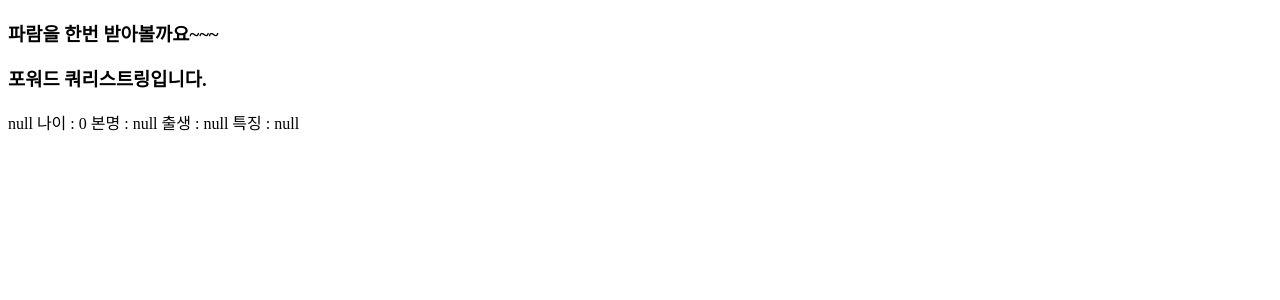
Repository: kimeuiyeob/KOPO_JSP_Study_2
Page: http://localhost/JspStudy/08Action/ParamForward.jsp
These files come from the project's save history. The page is drawn as it stood at one moment and after the next save; the edit follows.
The browser window is 1280 px wide. The pictures show the whole page.
The page is served by Tomcat 9. Other server files are loaded and not shown.

Above is the page before, as saved 2023-06-21 06:26:50.

### JspStudy/src/main/webapp/08Action/ParamForward.jsp
<%@ page language="java" contentType="text/html; charset=UTF-8"
    pageEncoding="UTF-8"%>
<!DOCTYPE html>
<html>
<head>
<meta charset="UTF-8">
<title>Insert title here</title>
</head>
<body>

<h3>파람을 한번 받아볼까요~~~</h3>
<h3>포워드 쿼리스트링입니다.</h3>
<jsp:useBean id="person" class="common.PersonDTO" scope="request"></jsp:useBean>

<jsp:getProperty property="name" name="person"/>
나이 : <jsp:getProperty property="age" name="person"/>

본명 : <%=request.getParameter("param1") %>
출생 : <%=request.getParameter("param2") %>
특징 : <%=request.getParameter("param3") %>
</body>
</html>

### JspStudy/src/main/java/common/PersonDTO.java
package common;

public class PersonDTO {

	private String name;
	private int age;

	public PersonDTO() {
		;
	}

	public PersonDTO(String name, int age) {
		super();
		this.name = name;
		this.age = age;
	}

	public String getName() {
		return name;
	}

	public void setName(String name) {
		this.name = name;
	}

	public int getAge() {
		return age;
	}

	public void setAge(int age) {
		this.age = age;
	}

}

After the next save:
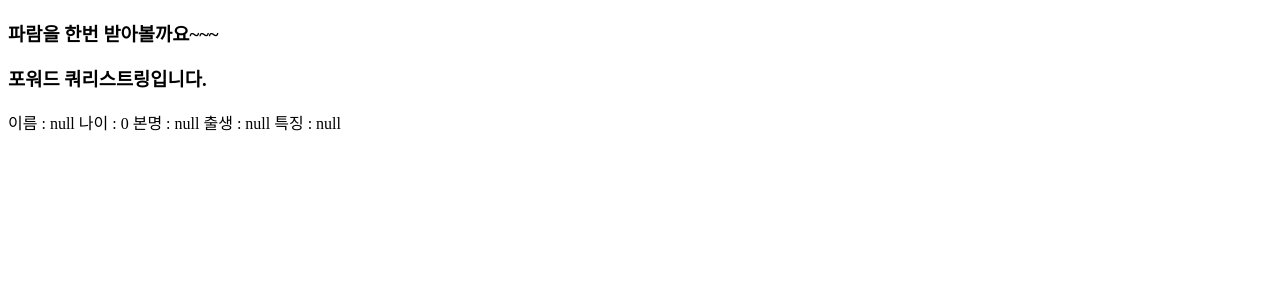
Saved 47 s later.
--- a/JspStudy/src/main/webapp/08Action/ParamForward.jsp
+++ b/JspStudy/src/main/webapp/08Action/ParamForward.jsp
@@ -12,7 +12,7 @@
 <h3>포워드 쿼리스트링입니다.</h3>
 <jsp:useBean id="person" class="common.PersonDTO" scope="request"></jsp:useBean>
 
-<jsp:getProperty property="name" name="person"/>
+이름 : <jsp:getProperty property="name" name="person"/>
 나이 : <jsp:getProperty property="age" name="person"/>
 
 본명 : <%=request.getParameter("param1") %>
